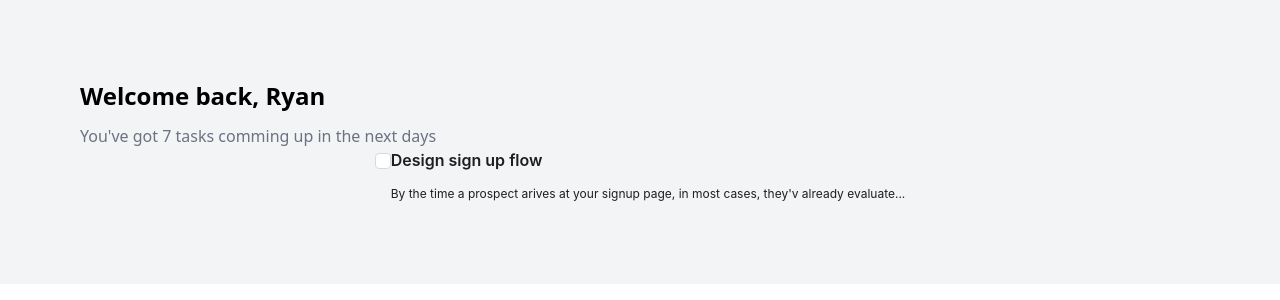
Repository: daohuyhoang9119/TodoApp
Page: /
An editor plug-in stored every save of this project. The page is shown before and after the next save, followed by the edit.
The browser window is 1280 px wide. The pictures show the whole page.
The project was rebuilt for these pictures with package versions that can differ from the ones it lists, and the page was loaded fresh each time. Also part of the build but not shown: vite.config.ts, src/App.css.

Above is the page before, as saved 2023-02-22 10:38:53.

After the next save:
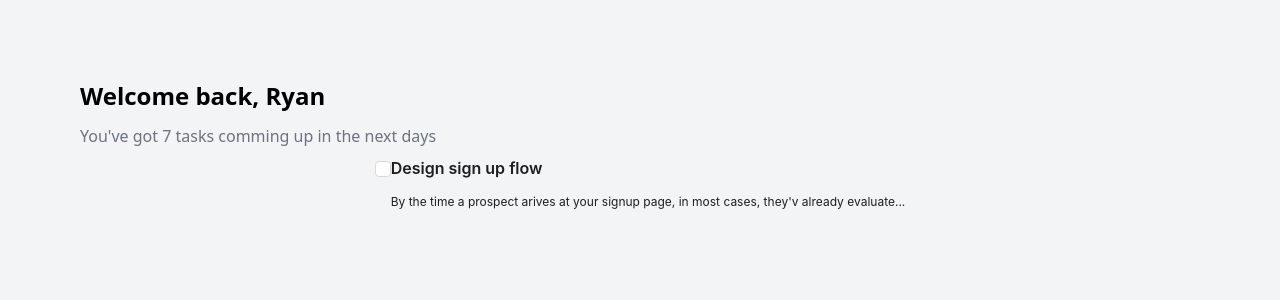
Saved 71 s later.
--- a/src/components/TaskItem/TaskItem.tsx
+++ b/src/components/TaskItem/TaskItem.tsx
@@ -7,7 +7,7 @@ import { Input } from "antd";
 
 function TaskItem() {
   return (
-    <div className="flex justify-center">
+    <div className="flex justify-center my-2">
       <div className="">
         <Checkbox></Checkbox>
       </div>
